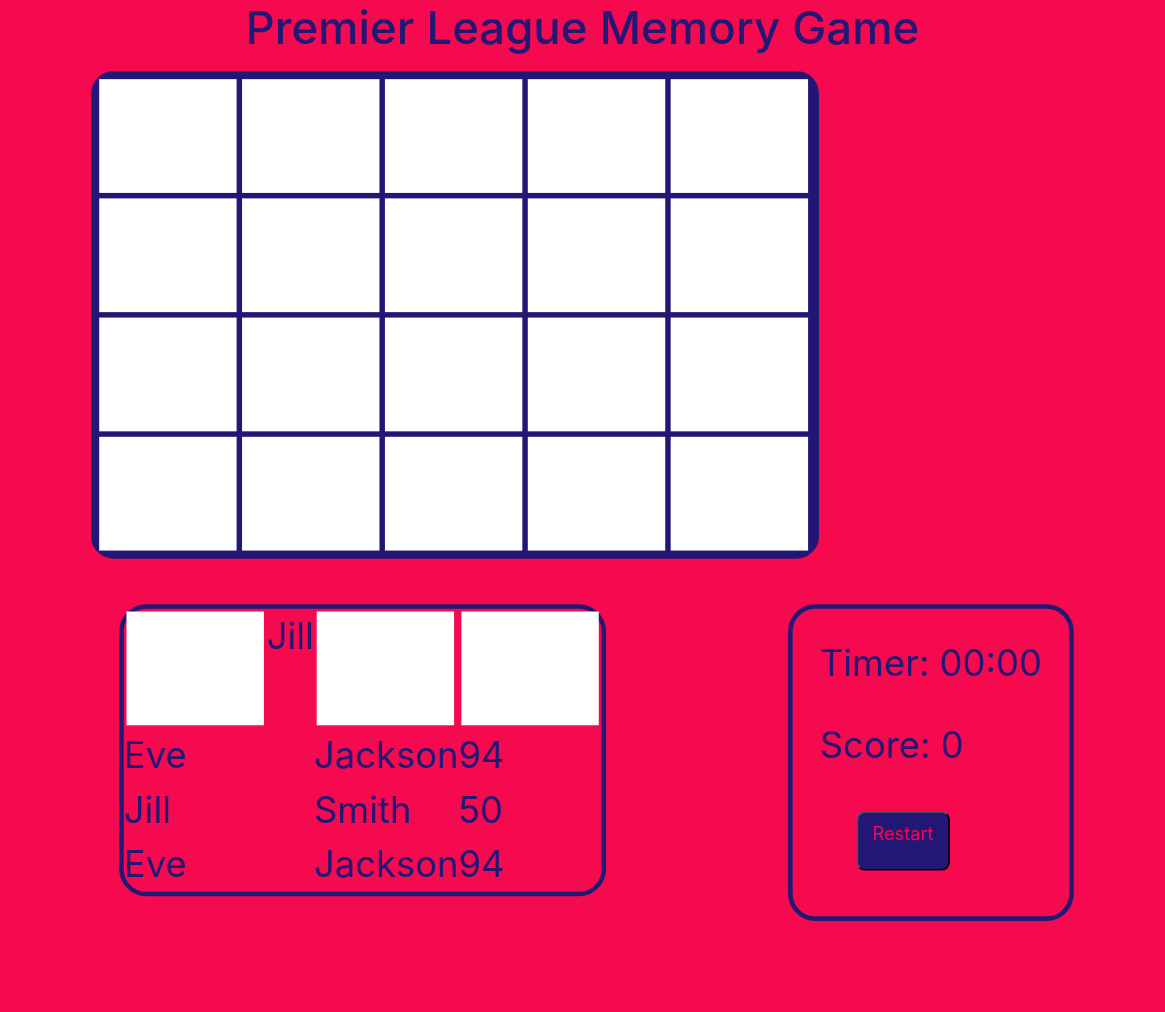
Repository: IchaTreasure/Premier-League-Memory-Game-
Page: index.html
The author's editor kept a record of every edit. The page is drawn from the files as they stood at one moment, then again after the next edit.
The browser window is 1280 px wide. The pictures show the whole page, at 91% of full size.
Some web libraries are served in a nearby version.

Above is the page before.

### index.html
<!DOCTYPE html>
<html lang="en">

<head>
    <meta charset="UTF-8">
    <meta name="viewport" content="width=device-width, initial-scale=1.0">
    <meta http-equiv="X-UA-Compatible" content="ie=edge">

    <link rel="stylesheet" href="https://maxcdn.bootstrapcdn.com/bootstrap/4.1.3/css/bootstrap.min.css">
    <link rel="stylesheet" href="https://use.fontawesome.com/releases/v5.6.1/css/all.css" integrity="sha384-gfdkjb5BdAXd+lj+gudLWI+BXq4IuLW5IT+brZEZsLFm++aCMlF1V92rMkPaX4PP" crossorigin="anonymous">
    <link rel="stylesheet" href="https://stackpath.bootstrapcdn.com/bootstrap/4.3.1/css/bootstrap.min.css" type="text/css" />
    <link rel="stylesheet" href="https://stackpath.bootstrapcdn.com/font-awesome/4.7.0/css/font-awesome.min.css" type="text/css" />
    <link rel="stylesheet" href="https://cdnjs.cloudflare.com/ajax/libs/hover.css/2.3.1/css/hover-min.css" type="text/css" />
    <link href="https://fonts.googleapis.com/css?family=Roboto:400,700" rel="stylesheet">
    <link rel="canonical" href="https://getbootstrap.com/docs/4.3/examples/starter-template/">



    <link rel="stylesheet" href="styles.css" type="text/css" />
    <title>Premier League Memory Game</title>
</head>

<body>
    <!-- Title of the the game -->
    <h1 style="color: #221775; text-align: center; font-size: 50px;">
        Premier League Memory Game
    </h1>



    <!-- div for the 4x5 Memory game -->
    <div id="game-container">

        <!-- div for the front and back images of the cards , coppied 20 time because its a 4x5 -->
        <div id="memory-card1" class="memory-card">
            <div id="back-card1" class="back-card">
                <img src="Images/manunited.jpg"></img>
            </div>
            <div id="front-card1" class="front-card">

            </div>
        </div>

        <!-- div for the front and back images of the cards , coppied 20 time because its a 4x5 -->
        <div id="memory-card2" class="memory-card">
            <div id="back-card2" class="back-card">
                <img src="Images/Mancity.png"></img>
            </div>
            <div id="front-card2" class="front-card">

            </div>
        </div>

        <!-- div for the front and back images of the cards , coppied 20 time because its a 4x5 -->
        <div id="memory-card3" class="memory-card">
            <div id="back-card3" class="back-card">
                <img src="Images/leicester.jpg"></img>
            </div>
            <div id="front-card3" class="front-card">

            </div>
        </div>

        <!-- div for the front and back images of the cards , coppied 20 time because its a 4x5 -->
        <div id="memory-card4" class="memory-card">
            <div id="back-card4" class="back-card">
                <img src="Images/Everton.png"></img>
            </div>
            <div id="front-card4" class="front-card">

            </div>
        </div>

        <!-- div for the front and back images of the cards , coppied 20 time because its a 4x5 -->
        <div id="memory-card5" class="memory-card">
            <div id="back-card5" class="back-card">
                <img src="Images/chelsea.png"></img>
            </div>
            <div id="front-card5" class="front-card">

            </div>
        </div>

        <!-- div for the front and back images of the cards , coppied 20 time because its a 4x5 -->
        <div id="memory-card6" class="memory-card">
            <div id="back-card6" class="back-card">
                <img src="Images/Watford.png"></img>
            </div>
            <div id="front-card6" class="front-card">

            </div>
        </div>

        <!-- div for the front and back images of the cards , coppied 20 time because its a 4x5 -->
        <div id="memory-card7" class="memory-card">
            <div id="back-card7" class="back-card">
                <img src="Images/west-ham.png"></img>
            </div>
            <div id="front-card7" class="front-card">

            </div>
        </div>

        <!-- div for the front and back images of the cards , coppied 20 time because its a 4x5 -->
        <div id="memory-card8" class="memory-card">
            <div id="back-card8" class="back-card">
                <img src="Images/bournemouth.jpg"></img>
            </div>
            <div id="front-card8" class="front-card">

            </div>
        </div>

        <!-- div for the front and back images of the cards , coppied 20 time because its a 4x5 -->
        <div id="memory-card9" class="memory-card">
            <div id="back-card9" class="back-card">
                <img src="Images/Burnley.png"></img>
            </div>
            <div id="front-card9" class="front-card">

            </div>
        </div>

        <!-- div for the front and back images of the cards , coppied 20 time because its a 4x5 -->
        <div id="memory-card10" class="memory-card">
            <div id="back-card10" class="back-card">
                <img src="Images/crystal_pal.png"></img>
            </div>
            <div id="front-card10" class="front-card">

            </div>
        </div>

        <!-- div for the front and back images of the cards , coppied 20 time because its a 4x5 -->
        <div id="memory-card11" class="memory-card">
            <div id="back-card11" class="back-card">
                <img src="Images/manunited.jpg"></img>
            </div>
            <div id="front-card11" class="front-card">

            </div>
        </div>

        <!-- div for the front and back images of the cards , coppied 20 time because its a 4x5 -->
        <div id="memory-card12" class="memory-card">
            <div id="back-card12" class="back-card">
                <img src="Images/Watford.png"></img>
            </div>
            <div id="front-card12" class="front-card">

            </div>
        </div>

        <!-- div for the front and back images of the cards , coppied 20 time because its a 4x5 -->
        <div id="memory-card13" class="memory-card">
            <div id="back-card13" class="back-card">
                <img src="Images/Burnley.png"></img>
            </div>
            <div id="front-card13" class="front-card">

            </div>
        </div>

        <!-- div for the front and back images of the cards , coppied 20 time because its a 4x5 -->
        <div id="memory-card14" class="memory-card">
            <div id="back-card14" class="back-card">
                <img src="Images/west-ham.png"></img>
            </div>
            <div id="front-card14" class="front-card">

            </div>
        </div>

        <!-- div for the front and back images of the cards , coppied 20 time because its a 4x5 -->
        <div id="memory-card15" class="memory-card">
            <div id="back-card15" class="back-card">
                <img src="Images/chelsea.png"></img>
            </div>
            <div id="front-card15" class="front-card">

            </div>
        </div>

        <!-- div for the front and back images of the cards , coppied 20 time because its a 4x5 -->
        <div id="memory-card16" class="memory-card">
            <div id="back-card16" class="back-card">
                <img src="Images/bournemouth.jpg"></img>
            </div>
            <div id="front-card16" class="front-card">

            </div>
        </div>

        <!-- div for the front and back images of the cards , coppied 20 time because its a 4x5 -->
        <div id="memory-card17" class="memory-card">
            <div id="back-card17" class="back-card">
                <img src="Images/leicester.jpg"></img>
            </div>
            <div id="front-card17" class="front-card">

            </div>
        </div>

        <!-- div for the front and back images of the cards , coppied 20 time because its a 4x5 -->
        <div id="memory-card18" class="memory-card">
            <div id="back-card18" class="back-card">
                <img src="Images/crystal_pal.png"></img>
            </div>
            <div id="front-card18" class="front-card">

            </div>
        </div>

        <!-- div for the front and back images of the cards , coppied 20 time because its a 4x5 -->
        <div id="memory-card19" class="memory-card">
            <div id="back-card19" class="back-card">
                <img src="Images/Mancity.png"></img>
            </div>
            <div id="front-card19" class="front-card">

            </div>
        </div>

        <!-- div for the front and back images of the cards , coppied 20 time because its a 4x5 -->
        <div id="memory-card20" class="memory-card">
            <div id="back-card20" class="back-card">
                <img src="Images/Everton.png"></img>
            </div>
            <div id="front-card20" class="front-card">

            </div>
        </div>

    </div>

    <!-- div for info about the current status of the game i.e time, score, flips -->
    <div class="game-info">

        <!-- div to show timer -->
        <div class="game-timer">
            <span>Timer:</span>
            <span>00:00</span>
        </div>

        <!-- div to show currnet score -->
        <div id="game-score">
            <span>Score:</span>
            <span>0</span>
        </div>

        <!-- div to reset the game -->
        <button id="reset-game" class="btn-lg active">
       <p style="color: #f50a50;">Restart</p>
        </button>

    </div>



    <div class="game-info">
        <table style="width:100%">
            <tr>
                <td>Jill

                    <!-- div for the front and back images of the cards , coppied 20 time because its a 4x5 -->
                    <div id="memory-card1" class="memory-card">
                        <div id="back-card1" class="back-card">
                            <img src="Images/manunited.jpg"></img>
                        </div>
                        <div id="front-card1" class="front-card">

                        </div>
                    </div>
                </td>
                <td>


                    <!-- div for the front and back images of the cards , coppied 20 time because its a 4x5 -->
                    <div id="memory-card2" class="memory-card">
                        <div id="back-card2" class="back-card">
                            <img src="Images/Mancity.png"></img>
                        </div>
                        <div id="front-card2" class="front-card">

                        </div>
                    </div>
                </td>
                <td>
                    <!-- div for the front and back images of the cards , coppied 20 time because its a 4x5 -->
                    <div id="memory-card3" class="memory-card">
                        <div id="back-card3" class="back-card">
                            <img src="Images/leicester.jpg"></img>
                        </div>
                        <div id="front-card3" class="front-card">

                        </div>
                    </div>
                </td>
            </tr>
            <tr>
                <td>Eve</td>
                <td>Jackson</td>
                <td>94</td>
            </tr>
            <tr>
                <td>Jill</td>
                <td>Smith</td>
                <td>50</td>
            </tr>
            <tr>
                <td>Eve</td>
                <td>Jackson</td>
                <td>94</td>
            </tr>
        </table>

    </div>

    <script type="text/javascript" src="images.js"></script>
    <script type="text/javascript" src="script.js"></script>

    <script src="https://code.jquery.com/jquery-3.3.1.slim.min.js" integrity="sha384-q8i/X+965DzO0rT7abK41JStQIAqVgRVzpbzo5smXKp4YfRvH+8abtTE1Pi6jizo" crossorigin="anonymous"></script>
    <script src="https://cdnjs.cloudflare.com/ajax/libs/popper.js/1.14.7/umd/popper.min.js" integrity="sha384-UO2eT0CpHqdSJQ6hJty5KVphtPhzWj9WO1clHTMGa3JDZwrnQq4sF86dIHNDz0W1" crossorigin="anonymous"></script>
    <script src="https://stackpath.bootstrapcdn.com/bootstrap/4.3.1/js/bootstrap.min.js" integrity="sha384-JjSmVgyd0p3pXB1rRibZUAYoIIy6OrQ6VrjIEaFf/nJGzIxFDsf4x0xIM+B07jRM" crossorigin="anonymous"></script>

</body>

</html>

### styles.css
* {
  padding: 0;
  margin: 0;
  box-sizing: border-box;
  user-select: none;
}

body {
  background: #f50a50;
}

/* currnent status of the game stying */
.game-info {
  float: right;
	font-size: 40px;
	color: #221775;
	margin-top: 30px;
	margin-bottom: 100px;
	margin-right: 100px;
	margin-left: 100px;
	border: 5px solid #221775;
	border-radius: 30px;
}

/* Space between the timer and score */
#game-score{
	margin: 30px;
}
.game-timer{
  margin: 30px;
}

#reset-game {
  background-color: #221775;
	margin-bottom: 50px;
	margin-left: 70px;
	border-radius: 10px;
}

#game-container {
  float: left;
	width: 800px;
	height: auto;
	margin: 10px 20px 20px 100px;
	border: 6px solid #221775;
	background-color: #221775;
	border-radius: 25px;
}

img {
	width: 120px;
	height: 110px;
}

.memory-card{
  width: 151px;
	height: 125px;
	display: inline-block;
	float: left;
	margin: 3px;
	padding: 10px;
	background-color: white;
}

.front-card {
	position: absolute;
	width: 150px;
	height: 125px;
	margin: 0;
	transform: rotateY(0deg);
	transition: transform 0.5s linear 0s;
	backface-visibility: hidden;

}

.back-card {
	position: absolute;
	width: 150px;
	height: 125px;
	transform: rotateY(180deg);
	transition: transform 0.5s linear 0s;
	backface-visibility: hidden;
}

### script.js
//retriving the the classes of the game, timer, score and reset
var gamecontainer = document.getElementById("game-container");
var gametimer = document.getElementsByClassName("game-timer");
var gamescore = document.getElementById("game-score");
var resetgame = document.getElementsByClassName("reset-game");

var cardChecked = 0;
var cardNumber; // id of which card was clicked

var frontcard;
var backcard;

var endgame = false;

var cardIndex = [0, 0, 0, 0, 0, 0, 0, 0, 0, 0, 0, 0, 0, 0, 0, 0, 0, 0, 0, 0];

var cardTextRecord = [];

var cardRecord = [];

var numberOfFlips = 0;

var scoreCounter = 0;

//Fliping the cards
//gamecontainer.addEventListener("click", function(e) { // Listening for click
document.getElementById("game-container").addEventListener("click", function(e) { // Listening for click
	var targetElement = e.target.parentElement; //finding out which element was clicked and the parent of that elemnt
	var numId = targetElement.id;
	if (Number.isInteger(parseInt(numId.replace("back-card", ""), 10))) {
		cardClicked(targetElement.parentElement.id);
	}
	else {
		cardClicked(numId);
	}
});


function cardClicked(cardId) {
	cardNumber = cardId.replace("memory-card", "");
	cardNumber = parseInt(cardNumber, 10);

	if (cardIndex[cardNumber - 1] == 0 && cardChecked == 0 && endgame == false) {

		//frontcard = document.getElementById("front-card" + cardNumber);
		//backcard = document.getElementById("back-card" + cardNumber);
		document.getElementById("front-card" + cardNumber).style.transform = "rotateY(-180deg)";
		document.getElementById("back-card" + cardNumber).style.transform = "rotateY(0deg)";

		cardTextRecord.push(document.getElementById("back-card" + cardNumber).innerHTML);
		cardRecord.push(cardNumber);

		numberOfFlips++;
		cardIndex[cardNumber - 1] = 1;

		if (numberOfFlips == 2) {
			if (cardTextRecord[0] == cardTextRecord[1]) {
				scoreCounter++;
				//gamescore.innerHTML = "Score: " + scoreCounter;
				document.getElementById("game-score").innerHTML = "Score: " + scoreCounter;
				cardTextRecord = [];
				cardRecord = [];

				numberOfFlips = 0;

				if (scoreCounter == 10) {
					clearTimeout();
					setTimeout(function() { showScore(); }, 600);
				}
				return;
			}
			else {
				cardChecked = 1;
				setTimeout(function() { unFlip(); }, 600);
				return;
			}
		}
	}

	if (endgame == true) {
		alert("Game Over, click reset to reshuffle the Board");
	}
}

function unFlip() {
	document.getElementById("front-card" + cardRecord[0]).style.transform = "rotateY(0deg)";
	document.getElementById("back-card" + cardRecord[0]).style.transform = "rotateY(180deg)";
	document.getElementById("front-card" + cardRecord[1]).style.transform = "rotateY(0deg)";
	document.getElementById("back-card" + cardRecord[1]).style.transform = "rotateY(180deg)";

	cardIndex[cardRecord[0] - 1] = 0;
	cardIndex[cardRecord[1] - 1] = 0;
	cardTextRecord = [];
	cardRecord = [];
	numberOfFlips = 0;
	cardChecked = 0;
}

function showScore() {
	endgame = true;

	if (scoreCounter == 10) {
		alert("Congratulations! You won! Your Score is " + scoreCounter);
	}
	else {
		alert("Sorry!!!! You Lost Your score is " + scoreCounter);

	}
}

document.getElementById("reset-game").addEventListener("click", startNewGame);

function startNewGame() {
	window.location.reload();
}

Loaded but not shown: images.js (no copy from this time; the picture is the same without it)

After the next edit:
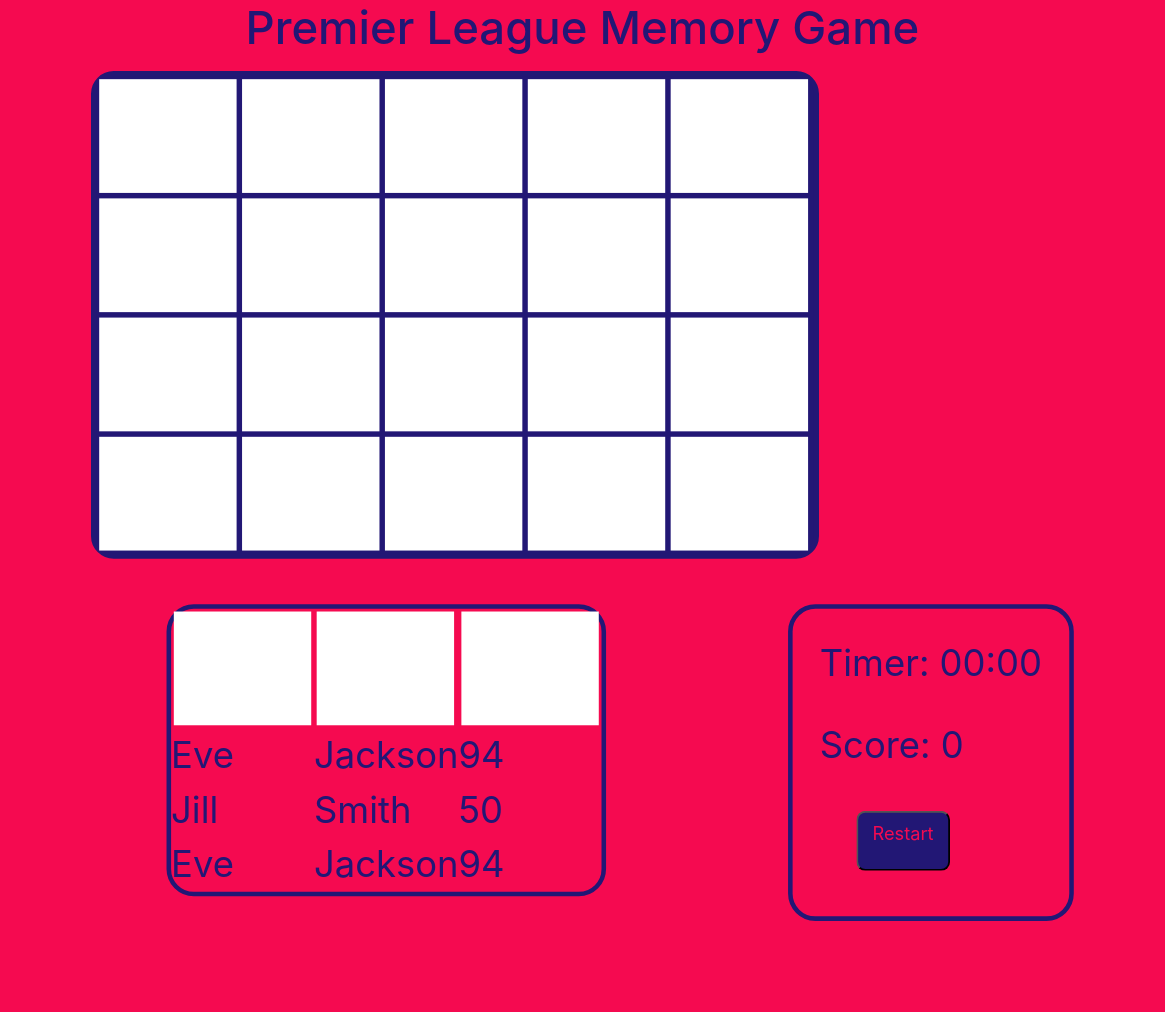
The edit:
--- a/index.html
+++ b/index.html
@@ -260,7 +260,7 @@
     <div class="game-info">
         <table style="width:100%">
             <tr>
-                <td>Jill
+                <td>
 
                     <!-- div for the front and back images of the cards , coppied 20 time because its a 4x5 -->
                     <div id="memory-card1" class="memory-card">
